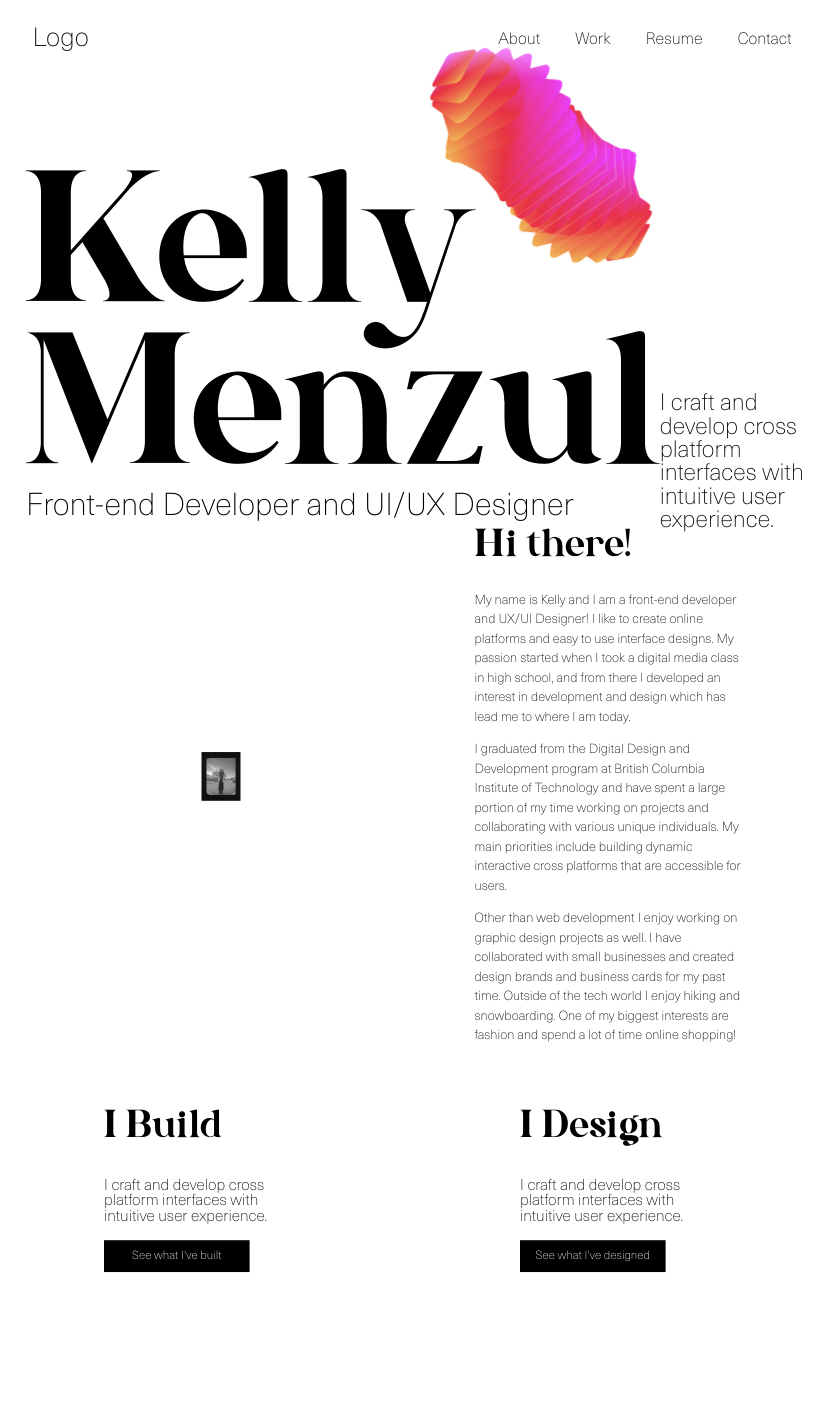
Repository: KellyMenzul/Kelly-Menzul
Page: /
The author's editor kept a copy of each file at every save. The page is drawn from the files as they stood at one save, then again after the next save.
The browser window is 1280 px wide. The pictures show the whole page, at 65% of full size.
The project was rebuilt for these pictures with package versions that can differ from the ones it lists, and the page was loaded fresh each time. The framework's server and built-in components were replaced by stand-ins that run in the browser. Also part of the build but not shown: next.config.js.

Above is the page before, as saved 2022-01-20 15:11:05.

After the next save:
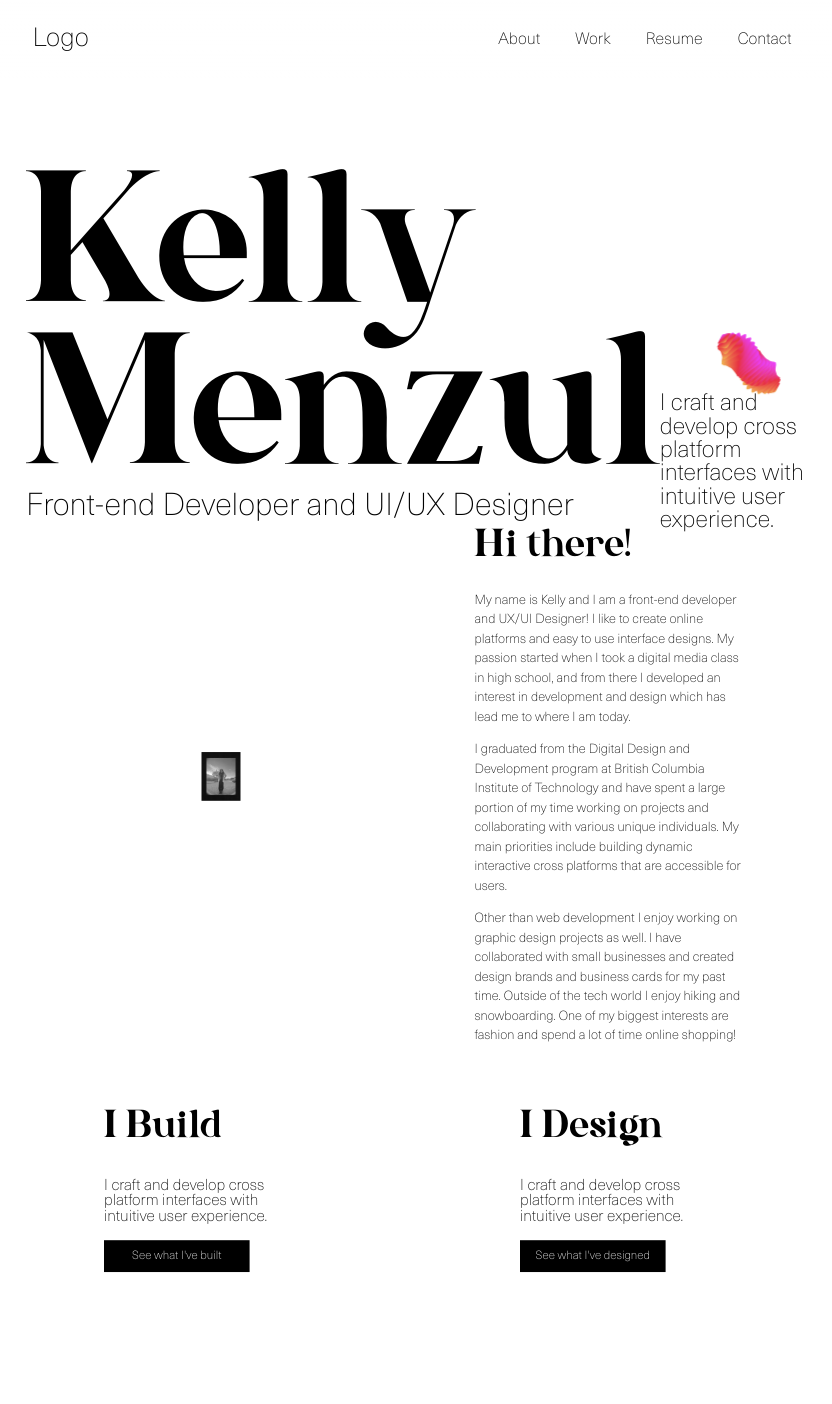
Saved 42 s later.
--- a/pages/index.js
+++ b/pages/index.js
@@ -108,7 +108,7 @@ justify-content:center;
 const LoadHolder = styled.div`
 position:absolute;
 z-index:-1;
-left:30% ;
+left:80% ;
 bottom:4%;
 `
 const TextHolder  =styled.div``
